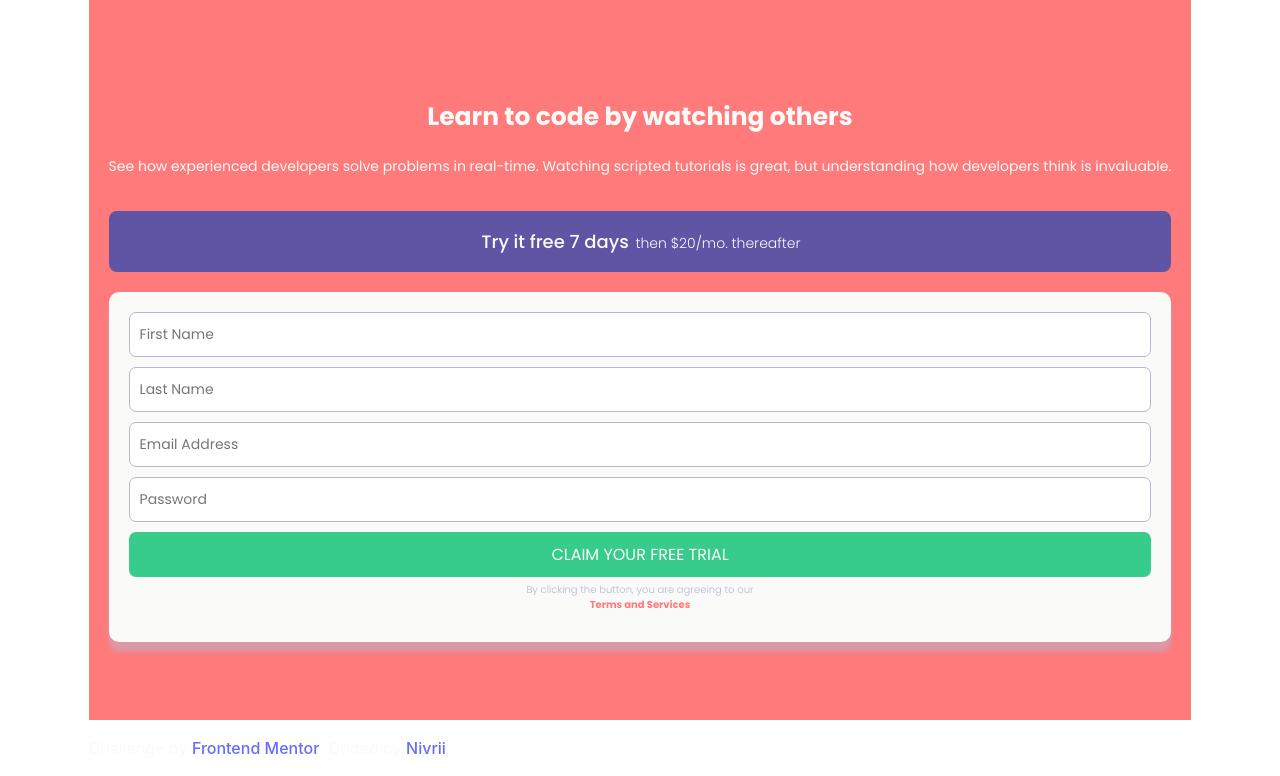
Repository: nivrii/intro-component-with-signup
Page: /
The author's editor kept a copy of each file at every save. The page is drawn from the files as they stood at one save, then again after the next save.
The browser window is 1280 px wide. The pictures show the whole page.
The project was rebuilt for these pictures with package versions that can differ from the ones it lists, and the page was loaded fresh each time. Also part of the build but not shown: vite.config.js.

Above is the page before, as saved 2023-10-12 12:00:29.

### src/App.jsx
import { Footer } from './Footer/Footer';
import { Form } from './Form/Form';
import { Card } from './Card/Card';
import { Content } from './Content/Content';
import "./App.css";

function App() {

  return (
    <>
      <div className="container">
        <Content     />
        <Card     />
        <Form     />
      </div>
      <Footer    />
    </>
  );
}

export default App;

### src/Footer/Footer.jsx
import "./Footer.css";
export function Footer() {
  const coder = "Nivrii";
  return (
    <footer>
      <p className="attribution">
        Challenge by{" "}
        <a
          href="https://www.frontendmentor.io?ref=challenge"
          target="_blank"
          rel="noreferrer"
        >
          Frontend Mentor
        </a>
        . Coded by{" "}
        <a href="https://github.com/Nivrii/intro-component-with-signup">
          {coder}
        </a>
        .
      </p>
    </footer>
  );
}

### src/Form/Form.jsx
import "./Form.css";
export function Form() {
  return (
    <form action="submit" className="form">
      <input
        type="text"
        placeholder="First Name"
        name="fName"
        className="input"
      />
      <input
        type="text"
        placeholder="Last Name"
        name="lName"
        className="input"
      />
      <input
        type="email"
        placeholder="Email Address"
        name="email"
        className="input"
      />
      <input
        type="password"
        placeholder="Password"
        name="password"
        className="input"
      />
      <button type="submit" className="btn">
        Claim your free trial
      </button>
      <div className="pWrap">
        <p>By clicking the button, you are agreeing to our</p>
        <p>Terms and Services</p>
      </div>
    </form>
  );
}

### src/Card/Card.jsx
import "./Card.css";
export function Card() {
  return (
      <div className="card__content">
        <p><span>Try it free 7 days </span>
        then $20/mo. thereafter</p>
      </div>
  );
}

### src/Content/Content.jsx
import "./Content.css";
export function Content() {
  return (
    <div className="content">
      <h4>Learn to code by watching others</h4>
      <p>
        See how experienced developers solve problems in real-time. Watching
        scripted tutorials is great, but understanding how developers think is
        invaluable.
      </p>
    </div>
  );
}

### src/App.css
*{
  box-sizing: border-box;
  border: 0;
  padding: 0;
}
:root{
  /*Primary colors*/
  --red:hsl(0, 100%, 74%);
  --green: hsl(154, 59%, 51%);
  /*Accent colors*/
  --blue: hsl(248, 32%, 49%);
  --white:#FAFAF9;
  /*Neutral colors*/
  --dark-blue: hsl(249, 10%, 26%);
  --grayish-blue: hsl(246, 25%, 77%);
  --gray-blue: hsla(246, 25%, 77%, 0.5);
  /*typography*/
  --fSize: 14px;
  --w4: 400;
  --w5: 500;
  --w6: 600;
  --w7: 700;
}
@font-face {
  font-family: "Poppins-bold";
  src: url(./assets/Fonts/poppins/Poppins-Bold.otf) format("opentype");
}
@font-face {
  font-family: "Poppins-regular";
  src: url(./assets/Fonts/poppins/Poppins-Regular.otf) format("opentype");
}
@font-face {
  font-family: "Poppins-medium";
  src: url(./assets/Fonts/poppins/Poppins-Medium.otf) format("opentype");
}
@font-face {
  font-family: "Poppins-light";
  src: url(./assets/Fonts/poppins/Poppins-Light.otf) format("opentype");
}
body{
  display: flex;
  flex-direction: column;
}
.container{
  display: flex;
  flex-direction: column;
  align-items: center;
  justify-content: center;
  height: 100vh;
  width: 100%;
  background-color: var(--red);
  padding: 20px;
}

### src/Footer/Footer.css
@import url(../App.css);

.attribution{
    color: var(--white);
}

### src/Form/Form.css
@import url(../App.css);

.form {
  display: flex;
  flex-direction: column;
  background-color: var(--white);
  width: 100%;
  padding: 20px;
  gap: 10px;
  border-radius: 10px;
  box-shadow: 0 10px 5px var(--gray-blue);
  & .input,
  .btn {
    height: 45px;
    width: 100%;
    border-radius: 7px;
    font-family: "Poppins-regular", sans-serif;
  }
  & .input {
    border: 1px solid var(--grayish-blue);
    padding-left: 10px;
    font-size: var(--fSize);
  }
  & .btn {
    background-color: var(--green);
    color: var(--white);
    text-transform: uppercase;
    transition-duration: 0.3s;
    transition-timing-function: ease;
    &:hover {
      transform: scale(1.05);
    }
  }
  & .pWrap {
    padding: 10px;
    text-align: center;
    margin-top: -15px;
    & * {
      margin: 0;
      font-size: 10px;
    }
    & p:nth-child(1) {
      font-family: "Poppins-light", sans-serif;
      color: var(--grayish-blue);
    }
    & p:nth-child(2) {
      font-family: "Poppins-bold", sans-serif;
      color: var(--red);
    }
  }
}

### src/Card/Card.css
@import url(../App.css);

.card__content{
    width: 100%;
    background-color: var(--blue);
    border-radius: 8px;
    padding: 15px 40px;
    margin: 20px 0;
    & *{
        color: var(--white);
        text-align: center;
        margin: 2px;
    }& span{
        font-size: 18px;
        font-family: 'Poppins-medium', sans-serif;
    }
    & p{
        font-family: 'Poppins-light', sans-serif;
        font-size: var(--fSize);

    }
}

### src/Content/Content.css
@import url(../App.css);

.content {
  & * {
    color: var(--white);
    text-align: center;
  }
  & h4 {
    font-size: 25px;
    margin: 20px;
    font-family: 'Poppins-bold', sans-serif;
  }
  & p {
    font-size: var(--fSize);
    font-family: 'Poppins-regular', sans-serif;
  }
}

Loaded but not shown: index.html (common file); src/main.jsx (common file); src/index.css (common file)

After the next save:
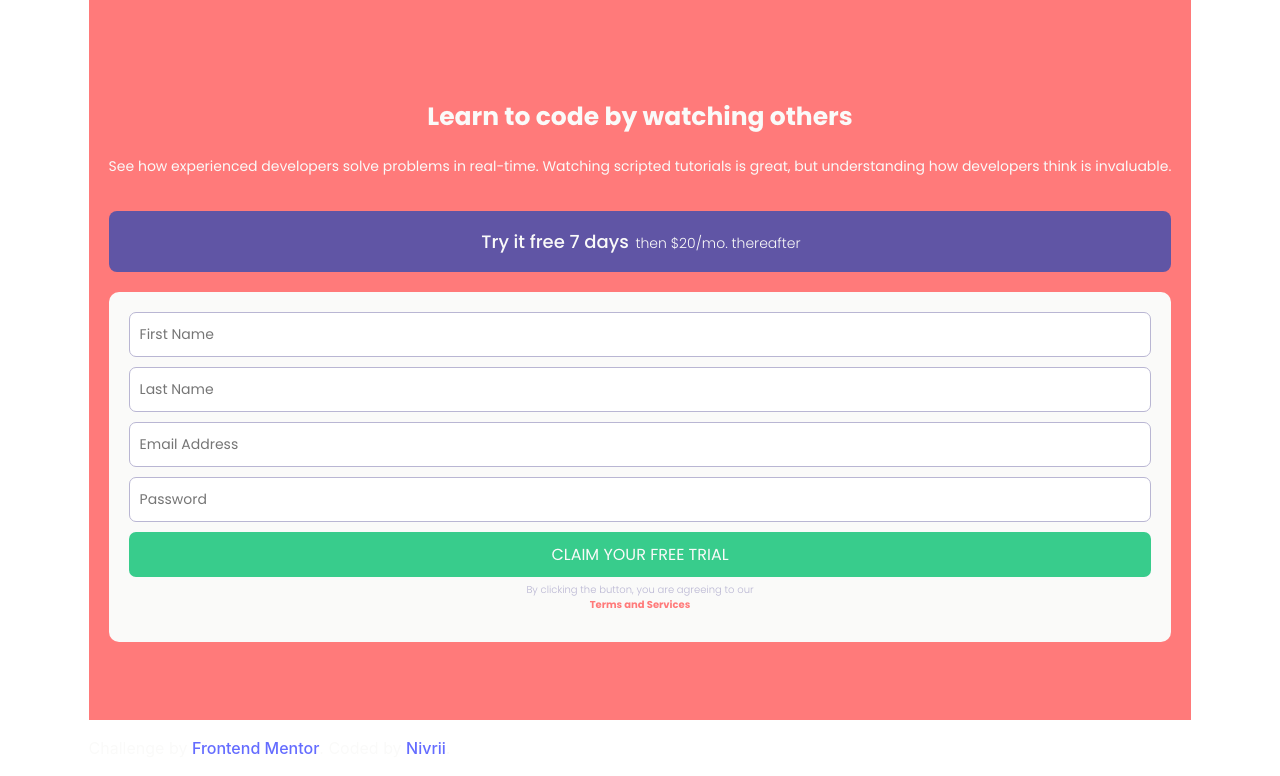
Saved 66 s later.
--- a/src/App.css
+++ b/src/App.css
@@ -13,7 +13,6 @@
   /*Neutral colors*/
   --dark-blue: hsl(249, 10%, 26%);
   --grayish-blue: hsl(246, 25%, 77%);
-  --gray-blue: hsla(246, 25%, 77%, 0.5);
   /*typography*/
   --fSize: 14px;
   --w4: 400;
